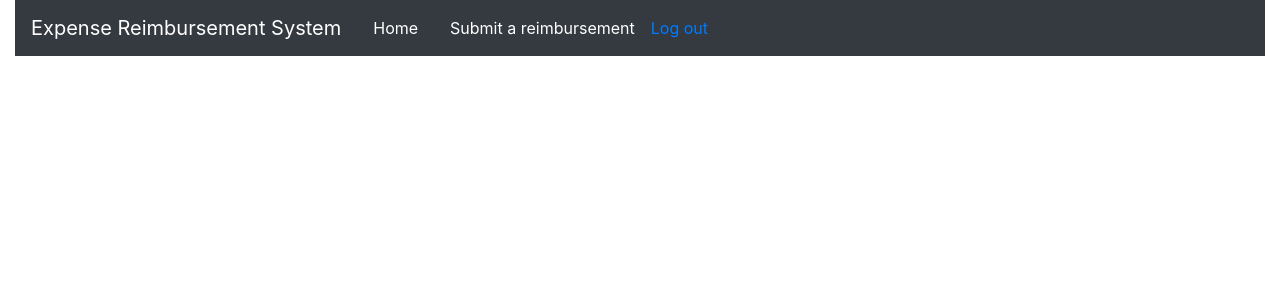
Repository: Trevormulrenin/ers-app
Page: ers-app/src/main/webapp/html/manager_home.html
An editor plug-in stored every save of this project. The page is shown before and after the next save, followed by the edit.
The browser window is 1280 px wide. The pictures show the whole page.

Above is the page before, as saved 2021-03-26 15:49:13.

### ers-app/src/main/webapp/html/manager_home.html
<!DOCTYPE html>
<html>
<head>
	<meta charset="UTF-8">
	<meta name="viewport" content="width=device-with, initial-scale=1.0">

    <link rel="stylesheet" href="https://stackpath.bootstrapcdn.com/bootstrap/4.5.0/css/bootstrap.min.css" integrity="sha384-9aIt2nRpC12Uk9gS9baDl411NQApFmC26EwAOH8WgZl5MYYxFfc+NcPb1dKGj7Sk" crossorigin="anonymous">
	<link rel="stylesheet" type="text/css" href="style.css">
<title>Expense Reimbursement System</title>
</head>

<style>
#navbarMenuRight {
	text-decoration: none;
	color: black;
}

h1 {
	text-align:center;
	color: black;
}
.nav-item, .nav-item-active, .nav-list-right {
/* 		text-decoration: none; */
		color: white;
		border: 1px;
		border-color:white;
	}
</style>

<body>
	<div class="container-fluid">
		<nav class="navbar navbar-expand-lg navbar-dark bg-dark">
			<a class="navbar-brand" href="../index.html">Expense Reimbursement System</a>
				<a class="nav-item nav-link" href="employee_home.html">Home</a>
				<a class="nav-item nav-link" href="reimbursement_home.html">Submit a reimbursement</a>

			<div class="nav-list-right" id="navbarMenuRight">
				<a href="logout.html">Log out</a>
			</div>

		</nav>
	</div>

	<div class="container">
		<h1></h1>
	</div>
	</body>
	</html>

Loaded but not shown: ers-app/src/main/webapp/css/style.css (no copy from this time; the picture is the same without it)

After the next save:
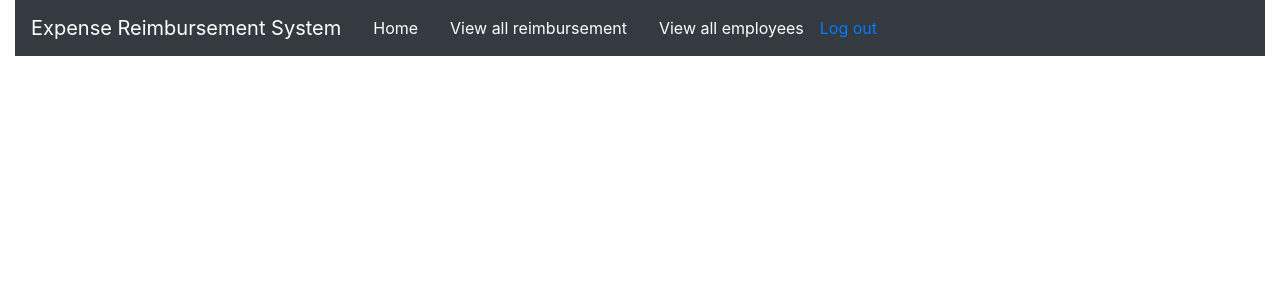
Saved 72 s later.
--- a/ers-app/src/main/webapp/html/manager_home.html
+++ b/ers-app/src/main/webapp/html/manager_home.html
@@ -32,7 +32,8 @@ h1 {
 		<nav class="navbar navbar-expand-lg navbar-dark bg-dark">
 			<a class="navbar-brand" href="../index.html">Expense Reimbursement System</a>
 				<a class="nav-item nav-link" href="employee_home.html">Home</a>
-				<a class="nav-item nav-link" href="reimbursement_home.html">Submit a reimbursement</a>
+				<a class="nav-item nav-link" href="reimbursement_home.html">View all reimbursement</a>
+				<a class="nav-item nav-link" href="view_all_employees.html">View all employees</a>
 
 			<div class="nav-list-right" id="navbarMenuRight">
 				<a href="logout.html">Log out</a>
